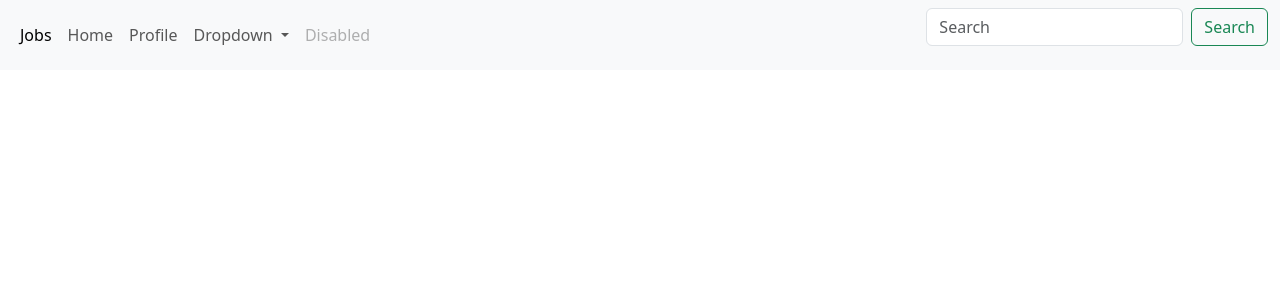
Repository: IT21221064/JobPortal
Page: Project/JobApp/src/main/webapp/nav.html
An editor plug-in stored every save of this project. The page is shown before and after the next save, followed by the edit.
The browser window is 1280 px wide. The pictures show the whole page.

Above is the page before, as saved 2023-07-15 23:10:19.

### Project/JobApp/src/main/webapp/nav.html
<link href="https://cdn.jsdelivr.net/npm/bootstrap@5.3.0/dist/css/bootstrap.min.css" rel="stylesheet" integrity="sha384-9ndCyUaIbzAi2FUVXJi0CjmCapSmO7SnpJef0486qhLnuZ2cdeRhO02iuK6FUUVM" crossorigin="anonymous">

<nav class="navbar navbar-expand-lg navbar-light bg-light">
  <div class="container-fluid">

    <button class="navbar-toggler" type="button" data-bs-toggle="collapse" data-bs-target="#navbarSupportedContent" aria-controls="navbarSupportedContent" aria-expanded="false" aria-label="Toggle navigation">
      <span class="navbar-toggler-icon"></span>
    </button>
    <div class="collapse navbar-collapse" id="navbarSupportedContent">
      <ul class="navbar-nav me-auto mb-2 mb-lg-0">
        <li class="nav-item">
          <a class="nav-link active" aria-current="page" href="#">Jobs</a>
        </li>
         <li class="nav-item">
          <a class="nav-link" href="/JobApp/login.jsp">Home</a>
        </li>
        <li class="nav-item">
          <a class="nav-link" href="/JobApp/profile.jsp">Profile</a>
        </li>
        <li class="nav-item dropdown">
          <a class="nav-link dropdown-toggle" href="#" id="navbarDropdown" role="button" data-bs-toggle="dropdown" aria-expanded="false">
            Dropdown
          </a>
          <ul class="dropdown-menu" aria-labelledby="navbarDropdown">
            <li><a class="dropdown-item" href="#">Action</a></li>
            <li><a class="dropdown-item" href="#">Another action</a></li>
            <li><hr class="dropdown-divider"></li>
            <li><a class="dropdown-item" href="#">Something else here</a></li>
          </ul>
        </li>
        <li class="nav-item">
          <a class="nav-link disabled" href="#" tabindex="-1" aria-disabled="true">Disabled</a>
        </li>
      </ul>
      <form class="d-flex">
        <input class="form-control me-2" type="search" placeholder="Search" aria-label="Search">
        <button class="btn btn-outline-success" type="submit">Search</button>
      </form>
    </div>
  </div>
</nav>

After the next save:
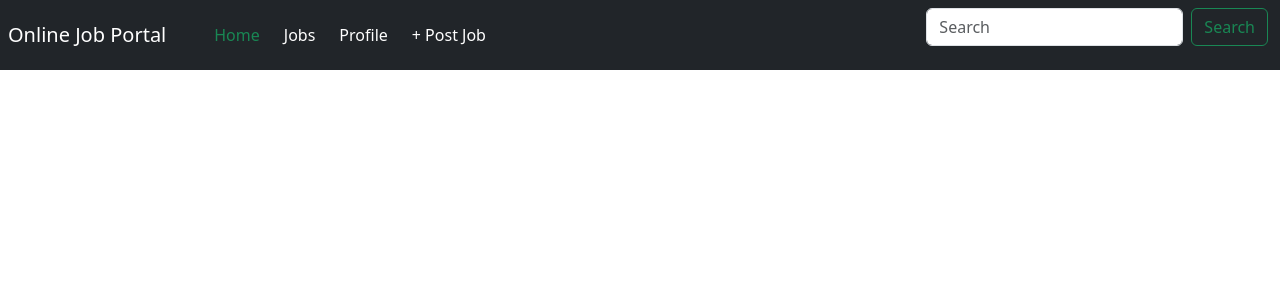
Saved 84 s later.
--- a/Project/JobApp/src/main/webapp/nav.html
+++ b/Project/JobApp/src/main/webapp/nav.html
@@ -1,35 +1,25 @@
 <link href="https://cdn.jsdelivr.net/npm/bootstrap@5.3.0/dist/css/bootstrap.min.css" rel="stylesheet" integrity="sha384-9ndCyUaIbzAi2FUVXJi0CjmCapSmO7SnpJef0486qhLnuZ2cdeRhO02iuK6FUUVM" crossorigin="anonymous">
 
-<nav class="navbar navbar-expand-lg navbar-light bg-light">
+<nav class="navbar navbar-expand-lg navbar-light bg-dark text-white ">
+<a class="navbar-brand text-white p-2 text-bold">Online Job Portal</a>
   <div class="container-fluid">
 
     <button class="navbar-toggler" type="button" data-bs-toggle="collapse" data-bs-target="#navbarSupportedContent" aria-controls="navbarSupportedContent" aria-expanded="false" aria-label="Toggle navigation">
       <span class="navbar-toggler-icon"></span>
     </button>
     <div class="collapse navbar-collapse" id="navbarSupportedContent">
-      <ul class="navbar-nav me-auto mb-2 mb-lg-0">
-        <li class="nav-item">
-          <a class="nav-link active" aria-current="page" href="#">Jobs</a>
+      <ul class="navbar-nav me-auto mb-2 mb-lg-0 nav-fill">
+      	<li class="nav-item p-1">
+          <a class="nav-link active text-success "  href="/JobApp/login.jsp">Home<span class="sr-only"></span></a>
         </li>
-         <li class="nav-item">
-          <a class="nav-link" href="/JobApp/login.jsp">Home</a>
+        <li class="nav-item p-1">
+          <a class="nav-link text-white" aria-current="page" href="/JobApp/joblisting.jsp">Jobs</a>
         </li>
-        <li class="nav-item">
-          <a class="nav-link" href="/JobApp/profile.jsp">Profile</a>
+        <li class="nav-item p-1">
+          <a class="nav-link text-white" aria-current="page" href="/JobApp/profile.jsp">Profile</a>
         </li>
-        <li class="nav-item dropdown">
-          <a class="nav-link dropdown-toggle" href="#" id="navbarDropdown" role="button" data-bs-toggle="dropdown" aria-expanded="false">
-            Dropdown
-          </a>
-          <ul class="dropdown-menu" aria-labelledby="navbarDropdown">
-            <li><a class="dropdown-item" href="#">Action</a></li>
-            <li><a class="dropdown-item" href="#">Another action</a></li>
-            <li><hr class="dropdown-divider"></li>
-            <li><a class="dropdown-item" href="#">Something else here</a></li>
-          </ul>
-        </li>
-        <li class="nav-item">
-          <a class="nav-link disabled" href="#" tabindex="-1" aria-disabled="true">Disabled</a>
+        <li class="nav-item p-1">
+          <a class="nav-link text-white" aria-current="page" href="/JobApp/addVacancy.jsp">+ Post Job</a>
         </li>
       </ul>
       <form class="d-flex">
